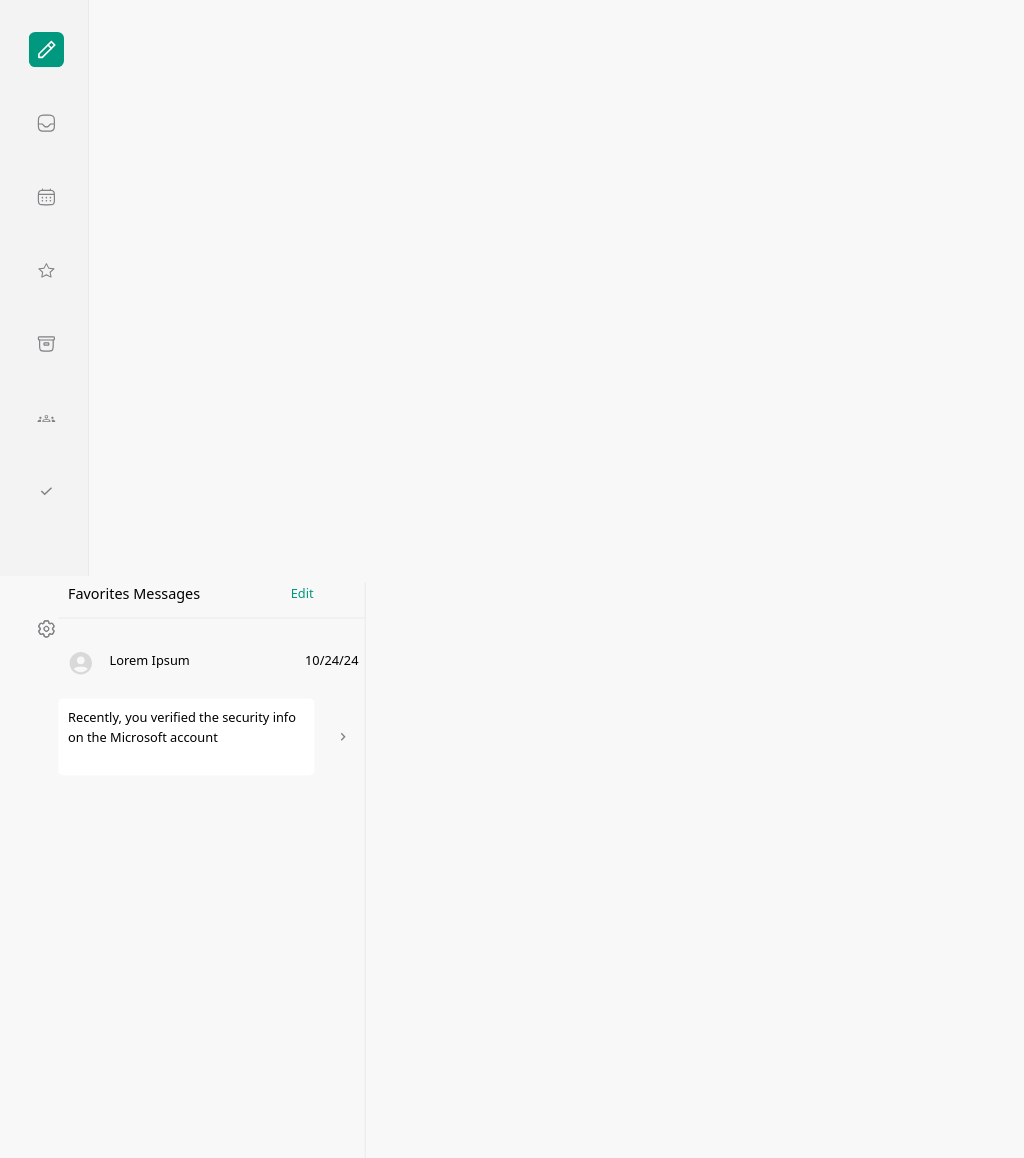
Repository: Tofigkh1/Nomail-Project
Page: /archive (app in client/)
These files come from the project's save history. The page is drawn as it stood at one moment and after a run of saves; the edit follows.
The browser window is 1280 px wide. The pictures show the whole page, at 80% of full size.
The project was rebuilt for these pictures with package versions that can differ from the ones it lists, and the page was loaded fresh each time. The framework's server and built-in components were replaced by stand-ins that run in the browser. Also part of the build but not shown: client/next.config.mjs, client/components/shared/svg/calendarActiveSvg.jsx, client/components/shared/svg/FavoritesActiveSvg.jsx.

Above is the page before, as saved 2024-10-30 04:23:12.

After the next 2 saves:
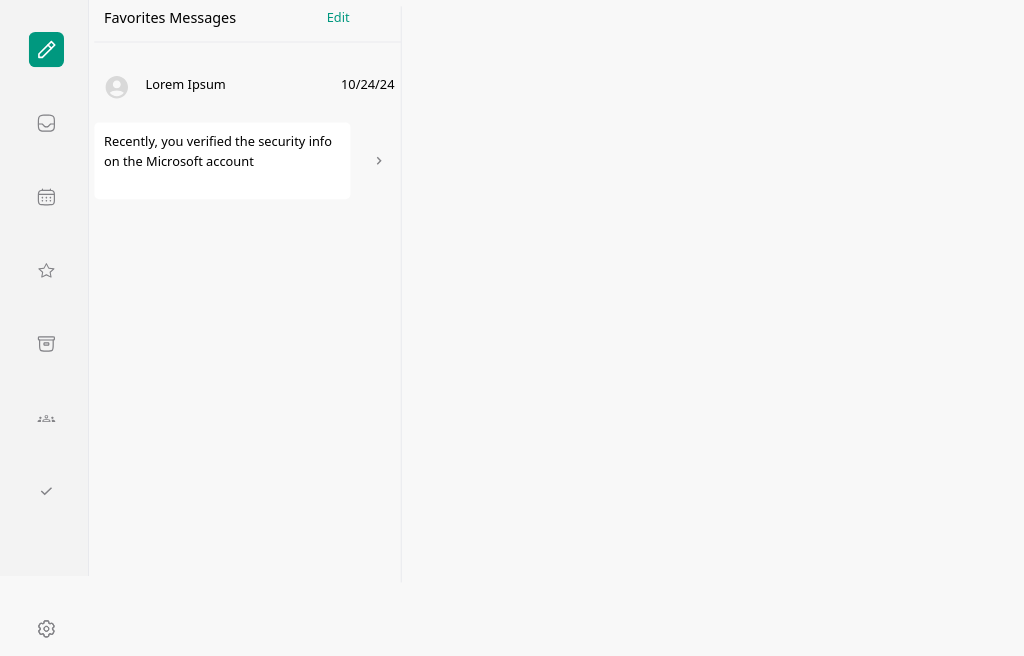
The 2 saves are shown as one change because 1 did not build or start.
The last was saved 73 s later.
--- a/client/app/archive/page.tsx
+++ b/client/app/archive/page.tsx
@@ -27,6 +27,8 @@ export default function ArchivePage() {
     return(
         <SidebarContext.Provider value={{ expanded, setExpanded }}>
         <div>
+
+        <div className="flex">
                <div style={{ width: sidebarWidth }}>
                         <Sidebar>
                             <SidebarItem
@@ -92,6 +94,8 @@ export default function ArchivePage() {
                         <FavoritesMessage />
 
                     </div>
+
+                    </div>
         </div>
         </SidebarContext.Provider>
     )
